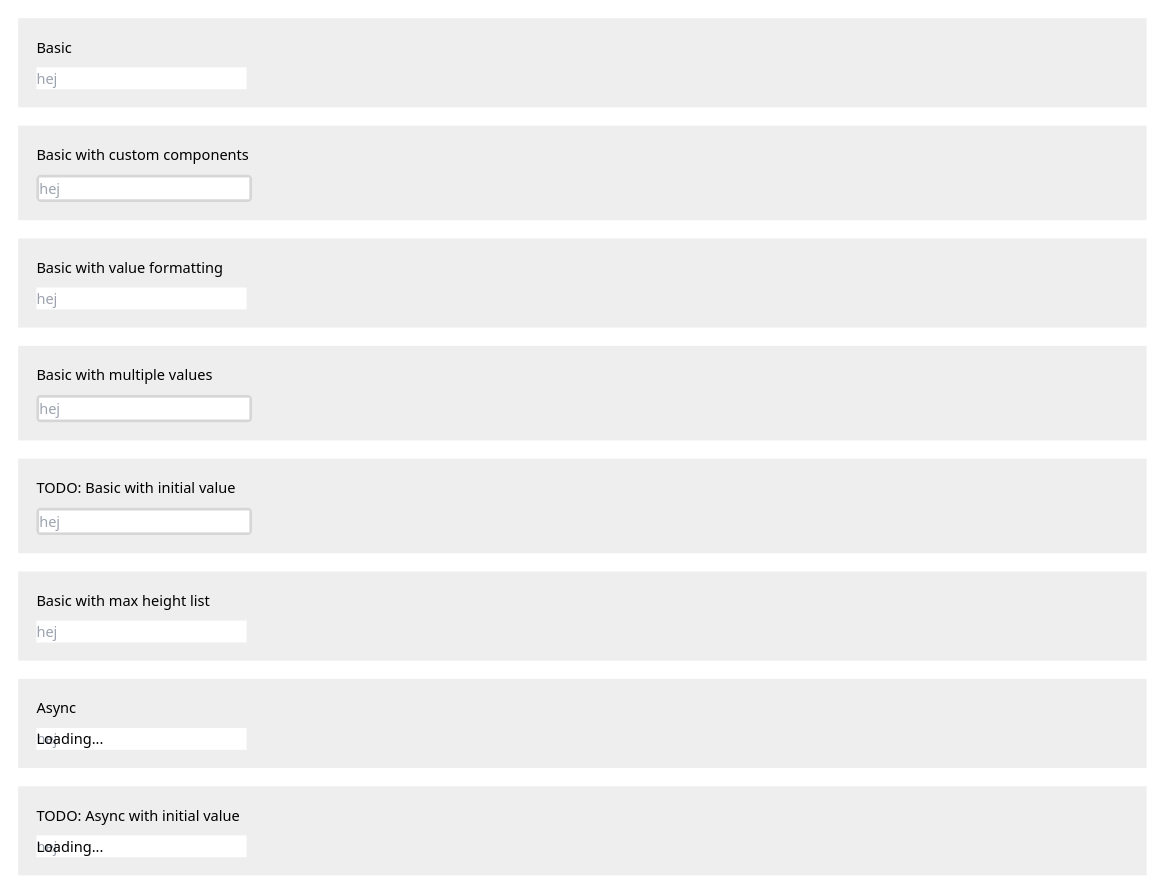
Repository: Frexity/frx-react
Page: / (app in ui/react-select/)
An editor plug-in stored every save of this project. The page is shown before and after the next save, followed by the edit.
The browser window is 1280 px wide. The pictures show the whole page, at 91% of full size.
The page's requests for data from a server got no answer. Some web libraries are served in a nearby version. The project was rebuilt for these pictures with package versions that can differ from the ones it lists, and the page was loaded fresh each time. No one was signed in, and anything a server would have sent is missing. Also part of the build but not shown: ui/react-select/vite.config.ts, ui/react-select/src/CustomSelectComponents/ListLoadingIndicator.tsx, ui/react-select/src/dummy-components/ListLoadingIndicator.tsx.

Above is the page before, as saved 2022-08-21 00:25:14.

### ui/react-select/index.html
<!DOCTYPE html>
<html lang="en">
  <head>
    <meta charset="UTF-8" />
    <link rel="icon" type="image/svg+xml" href="/vite.svg" />
    <meta name="viewport" content="width=device-width, initial-scale=1.0" />
    <title>React Select</title>
    <script src="https://cdn.tailwindcss.com/3.1.8"></script>
  </head>
  <body>
    <div id="root"></div>
    <script type="module" src="/src/main.tsx"></script>
  </body>
</html>

### ui/react-select/src/styles.css
.dropdown {
  position: fixed;
  border: 1px solid red;
  display: none;
  z-index: 1;
  background: white;
}

input:focus + .dropdown {
  display: block;
}

.card {
  margin: 20px;
  padding: 20px;
  background-color: #eee;
  overflow: hidden;
  overflow-y: scroll;
}

h3 {
  margin-bottom: 10px;
}

### ui/react-select/src/CustomSelectComponents/ClearIndicator.tsx
import { memo } from 'react'
import { ClearIndicatorComponentProps } from '../Select/types'

export const ClearIndicator = memo(({ clearIndicatorContainerStyles, onClick }: ClearIndicatorComponentProps) => {
  return (
    <div style={clearIndicatorContainerStyles} onClick={onClick}>
      <svg viewBox="0 0 460.775 460.775" style={{ width: 12, height: 12 }}>
        <path
          fill="#66f"
          d="M285.08,230.397L456.218,59.27c6.076-6.077,6.076-15.911,0-21.986L423.511,4.565c-2.913-2.911-6.866-4.55-10.992-4.55  c-4.127,0-8.08,1.639-10.993,4.55l-171.138,171.14L59.25,4.565c-2.913-2.911-6.866-4.55-10.993-4.55  c-4.126,0-8.08,1.639-10.992,4.55L4.558,37.284c-6.077,6.075-6.077,15.909,0,21.986l171.138,171.128L4.575,401.505  c-6.074,6.077-6.074,15.911,0,21.986l32.709,32.719c2.911,2.911,6.865,4.55,10.992,4.55c4.127,0,8.08-1.639,10.994-4.55  l171.117-171.12l171.118,171.12c2.913,2.911,6.866,4.55,10.993,4.55c4.128,0,8.081-1.639,10.992-4.55l32.709-32.719  c6.074-6.075,6.074-15.909,0-21.986L285.08,230.397z"
        />
      </svg>
    </div>
  )
})

### ui/react-select/src/CustomSelectComponents/Control.tsx
import { ControlComponentProps } from '../Select/types'

export const Control = ({ controlStyles, children }: ControlComponentProps) => {
  return (
    <div
      style={{
        ...controlStyles,
        borderRadius: 5,
        padding: 3,
        backgroundColor: '#d6d6d6',
      }}
    >
      {children}
    </div>
  )
}

### ui/react-select/src/CustomSelectComponents/Option.tsx
import { memo } from 'react'
import { OptionComponentProps } from '../Select/types'

export const Option = memo(({ isSelected, label, onSelect }: OptionComponentProps) => {


  return (
    <li className="text-gray-900 cursor-pointer py-2 pl-3 pr-9 hover:bg-sky-300" onClick={onSelect}>
      <div className="flex items-center">
        <img
          src="https://images.unsplash.com/photo-1491528323818-fdd1faba62cc?ixlib=rb-1.2.1&ixid=eyJhcHBfaWQiOjEyMDd9&auto=format&fit=facearea&facepad=2&w=256&h=256&q=80"
          alt=""
          className="flex-shrink-0 h-6 w-6 rounded-full"
        />
        <span className={`${isSelected ? 'font-bold text-blue-700' : 'font-normal'} ml-3 block truncate`}>{label}</span>
      </div>
    </li>
  )
})

### ui/react-select/src/dummy-components/index.ts
import { Control } from './Control'
import { ClearIndicator } from './ClearIndicator'
import { ControlLoadingIndicator } from './ControlLoadingIndicator'
import { ListLoadingIndicator } from './ListLoadingIndicator'
import { Option } from './Option'

export const dummyComponents = {
  Control,
  ClearIndicator,
  ControlLoadingIndicator,
  ListLoadingIndicator,
  Option,
}

### ui/react-select/src/Select/index.tsx
import { InnerSelect } from './common'
import { SelectProvider } from './Context'
import { OutsideClickHandler } from './OutsideClickHandler'
import { SelectProps } from './types'

export const Select = ({
  valueFormatter,
  options,
  components,
  optionsDropdownProps,
  optionsListProps,
  canSelectMultipleValues,
}: Omit<SelectProps, 'asyncOptions'>) => {
  // const [o, setO] = useState(options);

  // Test setting options from outside the context/component
  /*
  useEffect(() => {
    setTimeout(() => {
      setO([{ label: "New", value: "x" }]);
    }, 2000);
  }, []);
  console.log({ o });
  */

  return (
    <SelectProvider value={{ options }}>
      <OutsideClickHandler>
        <InnerSelect
          valueFormatter={valueFormatter}
          components={components}
          optionsDropdownProps={optionsDropdownProps}
          optionsListProps={optionsListProps}
          canSelectMultipleValues={canSelectMultipleValues}
        />
      </OutsideClickHandler>
    </SelectProvider>
  )
}

### ui/react-select/src/Select/Async/index.tsx
import { SelectProps } from '../types'
import { AsyncHandler } from './AsyncHandler'
import { InnerSelect } from '../common'
import { SelectProvider } from '../Context'
import { OutsideClickHandler } from '../OutsideClickHandler'

export const AsyncSelect = ({
  valueFormatter,
  options,
  components,
  optionsDropdownProps,
  optionsListProps,
  asyncOptions,
}: SelectProps) => {
  return (
    <SelectProvider value={{ options }}>
      <OutsideClickHandler>
        <InnerSelect
          valueFormatter={valueFormatter}
          components={components}
          optionsDropdownProps={optionsDropdownProps}
          optionsListProps={optionsListProps}
          asyncOptions={asyncOptions}
          AsyncHandler={AsyncHandler}
        />
      </OutsideClickHandler>
    </SelectProvider>
  )
}

### ui/react-select/src/dummy-components/Control.tsx
import { ControlComponentProps } from '../Select/types'

export const Control = ({ controlStyles, children }: ControlComponentProps) => {
  return <div style={controlStyles}>{children}</div>
}

### ui/react-select/src/dummy-components/ClearIndicator.tsx
import { memo } from 'react'
import { ClearIndicatorComponentProps } from '../Select/types'

export const ClearIndicator = memo(({ clearIndicatorContainerStyles, onClick }: ClearIndicatorComponentProps) => {
  return (
    <div style={clearIndicatorContainerStyles} onClick={onClick}>
      X
    </div>
  )
})

### ui/react-select/src/dummy-components/ControlLoadingIndicator.tsx
import { memo } from 'react'
import { ControlLoadingIndicatorComponentProps } from '../Select/types'

export const ControlLoadingIndicator = memo(({ isVisible }: ControlLoadingIndicatorComponentProps) => {
  return isVisible ? <div style={{ position: 'absolute', bottom: 0, left: 0, zIndex: 2 }}>Loading...</div> : null
})

### ui/react-select/src/dummy-components/Option.tsx
import { memo } from 'react'
import { OptionComponentProps } from '../Select/types'

export const Option = memo(({ isSelected, label, onSelect }: OptionComponentProps) => {
  return (
    <div style={{ fontWeight: isSelected ? 'bold' : 'normal' }} onClick={onSelect}>
      {label}
    </div>
  )
})

### ui/react-select/src/Select/common.tsx
import { useContext } from 'react'
import { SelectProps } from './types'
import { ClearIndicator } from './ClearIndicator'
import { SelectContext } from './Context'
import { Input } from './Input'
import { Options } from './Options'
import { OptionsDropdown } from './OptionsDropdown'
import { OptionsList } from './OptionsList'
import { selectStyles } from './styles'

export const InnerSelect = ({
  valueFormatter,
  components,
  optionsDropdownProps,
  optionsListProps,
  asyncOptions,
  AsyncHandler,
  canSelectMultipleValues,
}: Omit<SelectProps, 'options'> & { AsyncHandler?: any }) => {
  const { state } = useContext<any>(SelectContext)

  return (
    <>
      <components.Control controlStyles={selectStyles.control}>
        <Input valueFormatter={valueFormatter} />
        {components.ClearIndicator && <ClearIndicator ClearIndicatorComponent={components.ClearIndicator} />}
        {components.ControlLoadingIndicator && <components.ControlLoadingIndicator isVisible={state.isLoading} />}
      </components.Control>
      <OptionsDropdown optionsDropdownProps={optionsDropdownProps}>
        {components.ListLoadingIndicator && (
          <components.ListLoadingIndicator isVisible={state.isOpen && state.isLoading} />
        )}
        <OptionsList optionsListProps={optionsListProps} isAsync={!!asyncOptions}>
          <Options OptionComponent={components.Option} canSelectMultipleValues={canSelectMultipleValues} />
        </OptionsList>
      </OptionsDropdown>
      {AsyncHandler && <AsyncHandler asyncOptions={asyncOptions} />}
    </>
  )
}

### ui/react-select/src/Select/Context.tsx
import React, { useReducer, createContext, useId, useEffect, PropsWithChildren } from 'react'

function reducer(state: any, action: any) {
  return { ...state, ...action }
}

const SelectContext = createContext({}) as any

const SelectProvider = ({ children, value }: PropsWithChildren<{ value: any }>) => {
  const inputElementId = useId()
  const listElementId = useId()
  const dropdownElementId = useId()

  const initialState = {
    isOpen: false,
    hasReachedBottom: false,
    isLoading: false,
    inputElementId,
    dropdownElementId,
    listElementId,
    options: value.options,
    selectedValue: null,
  }
  const [state, dispatch] = useReducer(reducer, initialState)
  const store = React.useMemo(() => ({ state, dispatch }), [state])

  /*
  TODO:
  - Get scroll ref, to scrollToTop when it opens
  */

  // Update options when they come from the outside
  useEffect(() => {
    dispatch({ options: value.options })
  }, [value.options])

  return <SelectContext.Provider value={store}>{children}</SelectContext.Provider>
}

export { SelectContext, SelectProvider }

### ui/react-select/src/Select/OutsideClickHandler.tsx
import { memo, ReactNode, useContext, useEffect, useRef } from 'react'
import { SelectContext } from './Context'

interface OutsideClickHandlerProps {
  children: ReactNode
}

const useOutsideClick = (callback: any) => {
  const ref = useRef<any>()

  useEffect(() => {
    const handleClick = (event: MouseEvent) => {
      if (ref.current && !ref.current.contains(event.target)) {
        callback()
      }
    }

    document.addEventListener('mousedown', handleClick, true)

    return () => {
      document.removeEventListener('mousedown', handleClick, true)
    }
  }, [ref, callback])

  return ref
}

export const OutsideClickHandler = memo(({ children }: OutsideClickHandlerProps) => {
  const { dispatch } = useContext<any>(SelectContext)

  const ref = useOutsideClick(() => {
    dispatch({ isOpen: false })
  })

  return <span ref={ref}>{children}</span>
})

### ui/react-select/src/Select/Async/AsyncHandler.tsx
import { useContext, useEffect } from 'react'
import { SelectContext } from '../Context'
import { SelectProps } from '../types'
import { sleep } from '../utils'

interface AsyncHandlerProps {
  asyncOptions: SelectProps['asyncOptions']
}

export const AsyncHandler = ({ asyncOptions }: AsyncHandlerProps) => {
  const { state, dispatch } = useContext<any>(SelectContext)

  useEffect(() => {
    if (!state.hasReachedBottom) {
      return
    }
    async function fetchData() {
      if (!asyncOptions?.url) {
        return
      }
      dispatch({ isLoading: true })
      const result = await fetch(asyncOptions.url)
      await sleep(2000)
      if (result.ok) {
        const data = await result.json()
        console.log({ data })
        dispatch({ hasReachedBottom: false, isLoading: false })
      }
    }
    if (asyncOptions?.url) {
      fetchData()
    }
  }, [state.hasReachedBottom, asyncOptions?.url, dispatch])

  useEffect(() => {
    async function fetchData() {
      if (!asyncOptions?.url) {
        return
      }
      dispatch({ isLoading: true })
      const result = await fetch(asyncOptions.url)
      await sleep(2000)
      if (result.ok) {
        const data = await result.json()
        const mappedData = data.map((item: Record<string, string>) => {
          return {
            label: item[asyncOptions?.labelAttribute || 'label'],
            value: item[asyncOptions?.valueAttribute || 'value'],
          }
        })
        dispatch({
          options: mappedData,
          hasReachedBottom: false,
          isLoading: false,
        })
      }
    }
    if (asyncOptions?.url && asyncOptions?.loadOnMount) {
      fetchData()
    }
  }, [state.hasReachedBottom, asyncOptions?.url, dispatch])

  return <></>
}

### ui/react-select/src/Select/ClearIndicator.tsx
import { ComponentType, useCallback, useContext } from 'react'
import { SelectContext } from './Context'

import { selectStyles } from './styles'
import { ClearIndicatorComponentProps } from './types'

interface ClearIndicatorProps {
  ClearIndicatorComponent: ComponentType<ClearIndicatorComponentProps>
}

export const ClearIndicator = ({ ClearIndicatorComponent }: ClearIndicatorProps) => {
  const { state, dispatch } = useContext<any>(SelectContext)

  const handleClick = useCallback(() => {
    dispatch({ selectedValue: null })
  }, [dispatch])

  return (
    <span style={{ display: state.selectedValue ? 'initial' : 'none' }}>
      <ClearIndicatorComponent
        onClick={handleClick}
        selectedValue={state.selectedValue}
        clearIndicatorContainerStyles={selectStyles.clearIndicator}
      />
    </span>
  )
}

### ui/react-select/src/Select/Input.tsx
import { useContext, useCallback, memo } from 'react'
import { SelectContext } from './Context'
import { SelectProps } from './types'

interface InnerInputProps {
  valueFormatter: SelectProps['valueFormatter']
  selectedValue: string
  id: string
  onFocus: () => void
}

const InnerInput = memo(({ valueFormatter, selectedValue, id, onFocus }: InnerInputProps) => {
  const formattedValue = valueFormatter ? valueFormatter(selectedValue) : selectedValue

  return (
    <div className="holder">
      <input
        id={id}
        type="text"
        placeholder="hej"
        onFocus={onFocus}
        value={formattedValue || ''}
        onChange={() => {
          return
        }}
      />
    </div>
  )
})

export const Input = memo(({ valueFormatter }: Pick<SelectProps, 'valueFormatter'>) => {
  const { state, dispatch } = useContext<any>(SelectContext)

  const onFocus = useCallback(() => {
    dispatch({ isOpen: true })
  }, [dispatch])

  return (
    <InnerInput
      selectedValue={state.selectedValue}
      id={state.inputElementId}
      onFocus={onFocus}
      valueFormatter={valueFormatter}
    />
  )
})

### ui/react-select/src/Select/Options.tsx
import { memo, useCallback, useContext } from 'react'
import { SelectContext } from './Context'
import { OptionType, SelectComponents } from './types'

interface InnerOptionsProps {
  OptionComponent: any
  onSelect: any
  options: any
  selectedValue: any
}

const InnerOptions = memo(({ selectedValue, options, onSelect, OptionComponent }: InnerOptionsProps) => {
  return (
    <>
      {options.map((option: OptionType) => {
        const isSelected = selectedValue === option.value
        return (
          <OptionComponent
            key={option.value}
            label={option.label}
            value={option.value}
            isSelected={isSelected}
            onSelect={() => {
              onSelect(option.value)
            }}
          />
        )
      })}
    </>
  )
})

interface OptionsProps {
  OptionComponent: SelectComponents['Option']
  canSelectMultipleValues: boolean | undefined
}

export const Options = ({ OptionComponent, canSelectMultipleValues }: OptionsProps) => {
  const { state, dispatch } = useContext<any>(SelectContext)

  const onSelect = useCallback(
    (value: string) => {
      dispatch({ selectedValue: value, isOpen: false })
    },
    [dispatch],
  )

  return (
    <InnerOptions
      options={state.options}
      OptionComponent={OptionComponent}
      selectedValue={state.selectedValue}
      onSelect={onSelect}
    />
  )
}

### ui/react-select/src/Select/OptionsDropdown.tsx
import { SelectContext } from './Context'
import { ReactNode, useContext, useEffect } from 'react'

import { getScrollParent, normalizedHeight, setMenuPosition } from './utils'
import { SelectProps } from './types'

interface OptionsDropdownProps {
  children: ReactNode
  optionsDropdownProps?: SelectProps['optionsDropdownProps']
}

export const OptionsDropdown = ({ children }: OptionsDropdownProps) => {
  const { state } = useContext<any>(SelectContext)

  // TODO: Reposition on window resize
  useEffect(() => {
    // TODO: Get unique ID instead
    const dropdown = document.getElementById(state.dropdownElementId)
    if (!dropdown) {
      return
    }

    const input = document.getElementById(state.inputElementId)
    if (!input) {
      return
    }
    if (!state.isOpen) {
      dropdown.style.display = 'none'
      return
    }

    const parent = getScrollParent(input)

    const style = getComputedStyle(input)

    const borderTopWidth = parseInt(style.borderTopWidth, 10) || 0
    const borderLeftWidth = parseInt(style.borderLeftWidth, 10) || 0
    const borderBottomWidth = parseInt(style.borderBottomWidth, 10) || 0
    const inputHeight = normalizedHeight(input) + borderTopWidth + borderBottomWidth

    setMenuPosition(dropdown, input, inputHeight, borderLeftWidth)

    function scrollEventHandler(this: HTMLElement) {
      if (!dropdown) {
        return
      }
      setMenuPosition(dropdown, this, inputHeight, borderLeftWidth)
    }

    parent.addEventListener('scroll', scrollEventHandler.bind(input))

    dropdown.style.display = 'initial'
  }, [state.isOpen, state.inputElementId, state.dropdownElementId])

  return (
    <div className="dropdown" id={state.dropdownElementId}>
      {children}
    </div>
  )
}

### ui/react-select/src/Select/OptionsList.tsx
import { SelectContext } from './Context'
import { useContext, memo, useCallback, useEffect, PropsWithChildren } from 'react'
import { scrollIsAtBottom } from './utils'
import { SelectProps } from './types'

interface InnerOptionsListProps {
  isAsync: boolean
  optionsListProps: SelectProps['optionsListProps']
  onReachedBottom: (() => void) | undefined
  listElementId: string
}

const InnerOptionsList = memo(
  ({
    children,
    isAsync,
    optionsListProps,
    onReachedBottom,
    listElementId,
  }: PropsWithChildren<InnerOptionsListProps>) => {
    useEffect(() => {
      if (!isAsync) {
        return
      }
      const element = document.getElementById(listElementId)
      if (!element) {
        return
      }

      function checkIfAtBottom() {
        if (element && scrollIsAtBottom(element)) {
          onReachedBottom && onReachedBottom()
        }
      }
      element.addEventListener('scroll', checkIfAtBottom)

      return () => {
        element.removeEventListener('scroll', checkIfAtBottom)
      }
    }, [onReachedBottom, listElementId, isAsync])

    return (
      <div
        id={listElementId}
        style={{
          maxHeight: optionsListProps?.maxHeight || 'unset',
          overflowY: optionsListProps?.maxHeight ? 'scroll' : 'unset',
        }}
      >
        <ul>{children}</ul>
      </div>
    )
  },
)

interface OptionsListProps {
  isAsync: boolean
  optionsListProps: any
}

export const OptionsList = ({ children, optionsListProps, isAsync }: PropsWithChildren<OptionsListProps>) => {
  const { state, dispatch } = useContext<any>(SelectContext)

  const onReachedBottom = useCallback(() => {
    if (state.hasReachedBottom) {
      return
    }
    dispatch({ hasReachedBottom: true })
  }, [dispatch, state.hasReachedBottom])

  return (
    <InnerOptionsList
      isAsync={isAsync}
      optionsListProps={optionsListProps}
      onReachedBottom={isAsync ? onReachedBottom : undefined}
      listElementId={state.listElementId}
    >
      {children}
    </InnerOptionsList>
  )
}

### ui/react-select/src/Select/styles.ts
export const selectStyles = {
  clearIndicator: {
    position: 'absolute',
    top: 0,
    right: 0,
    bottom: 0,
    display: 'flex',
    padding: '0 7px',
    justifyContent: 'center',
    alignItems: 'center',
    cursor: 'pointer',
  },
  control: {
    position: 'relative',
    display: 'inline-block',
  },
}

### ui/react-select/src/Select/utils.ts
export function getScrollParent(element: HTMLElement) {
  let style = window.getComputedStyle(element)
  const excludeStaticParent = style.position === 'absolute'
  const overflowRx = /(auto|scroll)/
  const documentElement = document.documentElement

  if (style.position === 'fixed') {
    return documentElement
  }

  // eslint-disable-next-line @typescript-eslint/ban-ts-comment
  // @ts-ignore
  for (let parent = element; (parent = parent.parentElement); ) {
    style = window.getComputedStyle(parent)
    if (excludeStaticParent && style.position === 'static') {
      continue
    }
    if (overflowRx.test(style.overflow + style.overflowY + style.overflowX)) {
      return parent
    }
  }

  return documentElement
}

export function getScrollTop(el: HTMLElement) {
  if (isDocumentElement(el)) {
    return window.scrollY
  }
  return el.scrollTop
}

export function normalizedHeight(el: HTMLElement) {
  if (isDocumentElement(el)) {
    return window.innerHeight
  }

  return el.clientHeight
}

export function isDocumentElement(el: HTMLElement) {
  return [document.documentElement, document.body, window].indexOf(el) > -1
}

// https://github.com/JedWatson/react-select/blob/b0411ff46bc1ecf45d9bca4fb58fbce1e57f847c/packages/react-select/src/internal/useScrollCapture.js

export function setMenuPosition(dropdown: HTMLElement, element: HTMLElement, inputHeight: number, leftOffset: number) {
  // Done with JS instead of React, otherwise it will lag behind
  const offset = element.getBoundingClientRect()
  const top = offset.top
  const left = offset.left
  dropdown.style.top = `${top + inputHeight}px`
  dropdown.style.left = `${left + leftOffset}px`
}

export function scrollIsAtBottom(node: HTMLElement) {
  return node.scrollTop + node.offsetHeight === node.scrollHeight
}

export function sleep(ms: number) {
  return new Promise((resolve) => setTimeout(resolve, ms))
}

Loaded but not shown: ui/react-select/src/main.tsx (common file); ui/react-select/src/App.tsx (104 lines, source omitted)

After the next save:
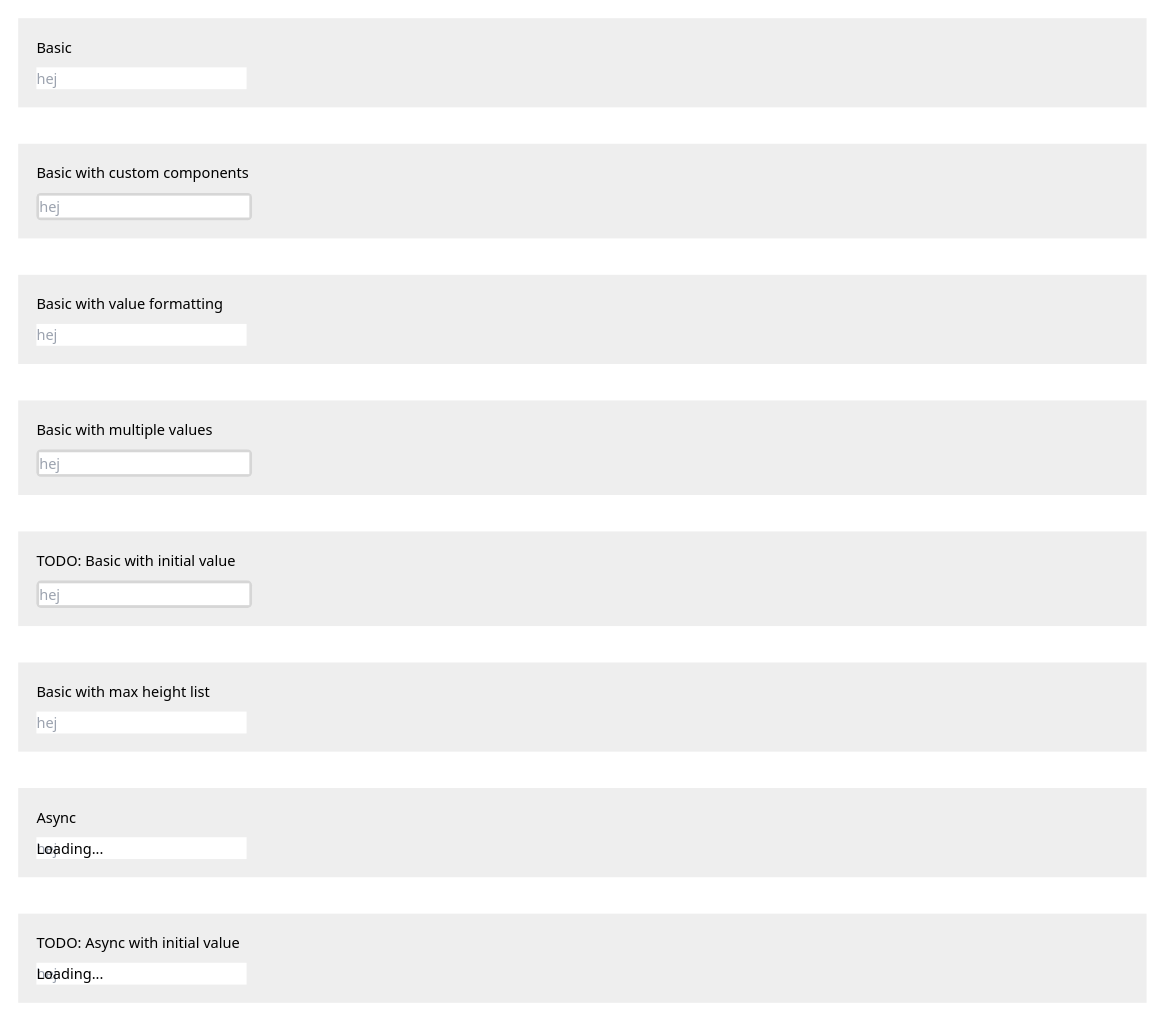
Saved 7 s later.
--- a/ui/react-select/src/styles.css
+++ b/ui/react-select/src/styles.css
@@ -21,3 +21,7 @@ input:focus + .dropdown {
 h3 {
   margin-bottom: 10px;
 }
+
+.cards {
+  display: grid;
+}
